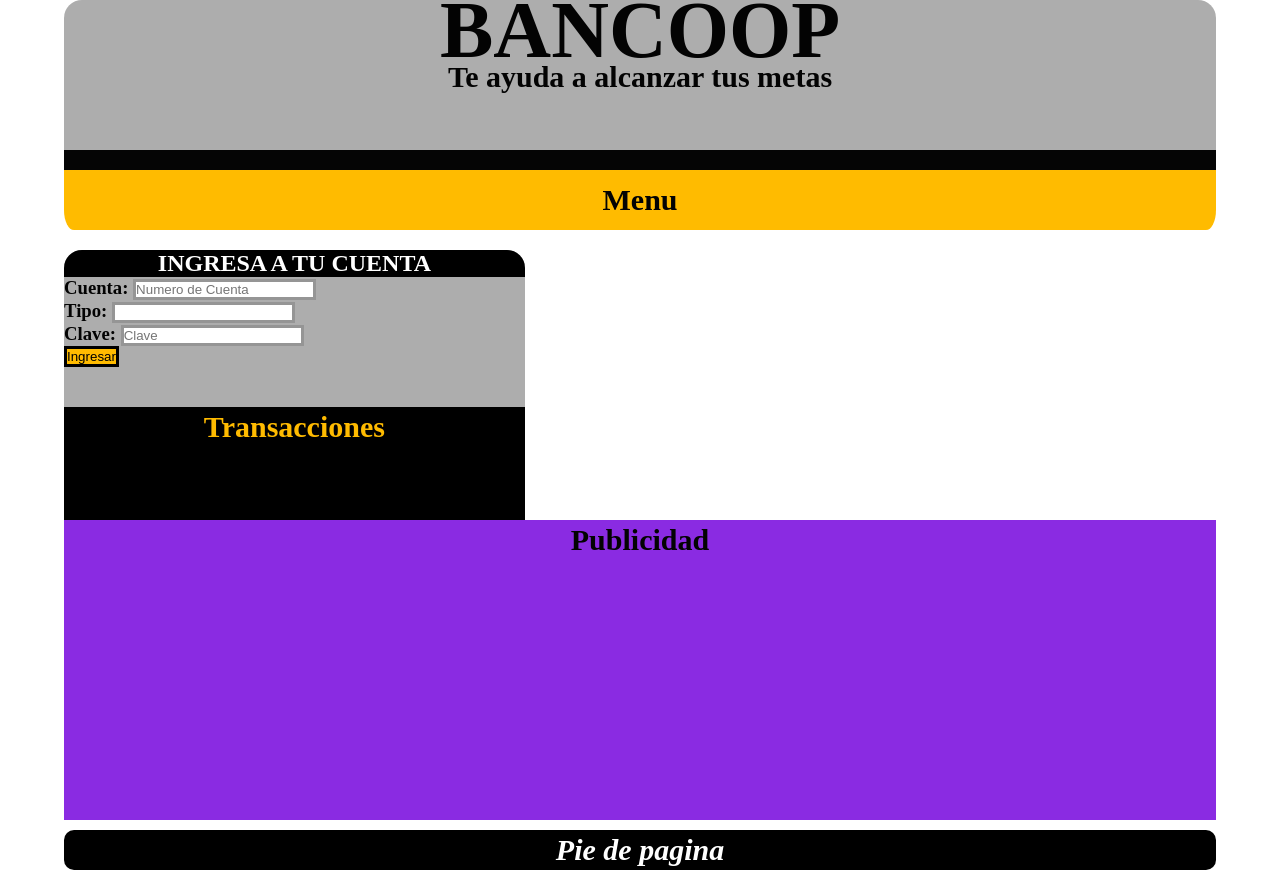
Repository: NickArregoces/BANCOOP
Page: Index.html
The author's editor kept a copy of each file at every save. The page is drawn from the files as they stood at one save, then again after the next save.
The browser window is 1280 px wide. The pictures show the whole page.

Above is the page before, as saved 2021-09-29 17:19:47.

### Index.html
<!DOCTYPE html>
<html lang="en">
<head>
    <meta charset="UTF-8">
    <meta http-equiv="X-UA-Compatible" content="IE=edge">
    <meta name="viewport" content="width=device-width, initial-scale=1.0">
    <title>BANCOOP Home</title>
    <link rel="stylesheet" href="/CSS/Style.css">
</head>
<body>
    <div id="contenido">
        <header>
            <link rel="stylesheet" href="">
            <h1>BANCOOP</h1>
            <h3>Te ayuda a alcanzar tus metas</h3>
        </header>
        <nav class="barra">

        </nav>
        <nav class="Menu">
            <h2>Menu</h2>
        </main>
    </div>

        <div id="form">
            <section  id="Transacciones">
                <form action="" class="login">
                    <h2 style="color: rgb(255, 255, 255);">INGRESA A TU CUENTA</h2>
                    <h3 >Cuenta:  <input type="number" placeholder="Numero de Cuenta"></h3>

                    <h3>Tipo: <input type="text"></h3>

                    <h3>Clave: <input type="password" placeholder="Clave"></h3>
                    <button class="sumbit"> Ingresar </button>
                    <article>
                        <h2 style="color: rgb(255, 187,0);">Transacciones</h2>
                    </article>

                </form>
                <aside>
                    <h2>Publicidad</h2>
            </aside>

            </section>




        </div>
            <div>
                <footer>
                    <h2>Pie de pagina</h2>
                </footer>
            </div>

</body>
</html>

### CSS/Style.css

*{
    margin: 0 auto;
    padding: 0px;
}
body{
    background: rgb(255, 255, 255);
    width: 90%;
    color: rgb(3, 3, 3);
}
header{
    width: 100%;
    margin: auto;
    background: rgb(173, 173, 173);
    border-top-left-radius:  18px;
    border-top-right-radius:  18px;
    height: 150px;
}
    header h1{
        font-size: 80px;
        text-align: center;
        line-height: 60px;
    }
    header h3{
        font-size: 30px;
        text-align: center;

}
nav.barra{
    background: rgb(5, 5, 5);
    height: 20px;
}

nav.Menu{
    border-bottom-left-radius: 10px 20px;
    border-bottom-right-radius: 10px 20px;
    background: rgb(255, 187, 0);
    height: 60px;
}
    nav.Menu h2{
        font-size: 30px;
        text-align: center;
        line-height: 60px;
}
form{
    background: rgb(173, 173, 173);
    border-top-left-radius: 18px;
    border-top-right-radius: 18px;
    float: left;
    width: 40%;
    margin-top: 20px;
    margin-right:10px;
    margin-bottom: 10px;
    height: 250px;
}
    .login h2{
        text-align: center;
        background: black;
        border-top-left-radius: 18px;
        border-top-right-radius: 18px;
    }
    form input{
        border: solid rgb(149, 149, 149);
    }
    button{

        background-position: center;
        background: rgb(255, 187, 0);
        border: solid black;
    }

article {
    float: left;
    width: 100%;
    height: 250px;
    background: rgb(0, 0, 0);
    margin-top: 40px;
    margin-right:10px;
    margin-bottom: 10px;
}
    article h2{
        font-size: 30px;
        text-align: center;
        line-height: 40px;

    }
aside{
    width: 100%;
    height: 300px;
    background: blueviolet;
    margin-top: 10px;
    float: right;
    margin-bottom: 10px;
}
    aside h2{
        font-size: 30px;
        text-align: center;
        line-height: 40px;
    }


footer{
    background: black;
    clear: both;
    border-radius: 10px;
}
    footer h2{
        font-size: 30px;
        text-align: center;
        line-height: 40px;
        color: white;
        font-style:italic;
    }

After the next save:
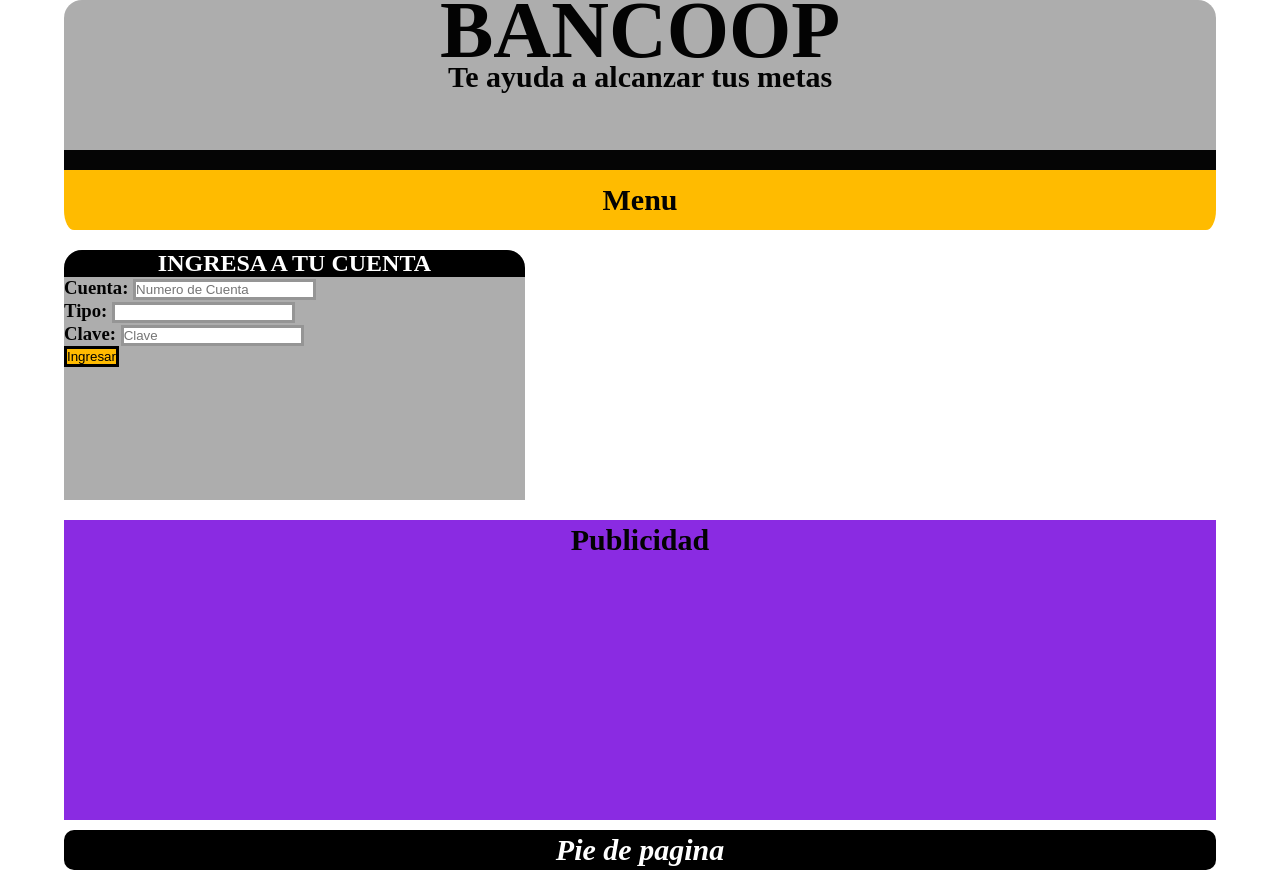
Saved 12 s later.
--- a/Index.html
+++ b/Index.html
@@ -32,9 +32,6 @@
 
                     <h3>Clave: <input type="password" placeholder="Clave"></h3>
                     <button class="sumbit"> Ingresar </button>
-                    <article>
-                        <h2 style="color: rgb(255, 187,0);">Transacciones</h2>
-                    </article>
 
                 </form>
                 <aside>
